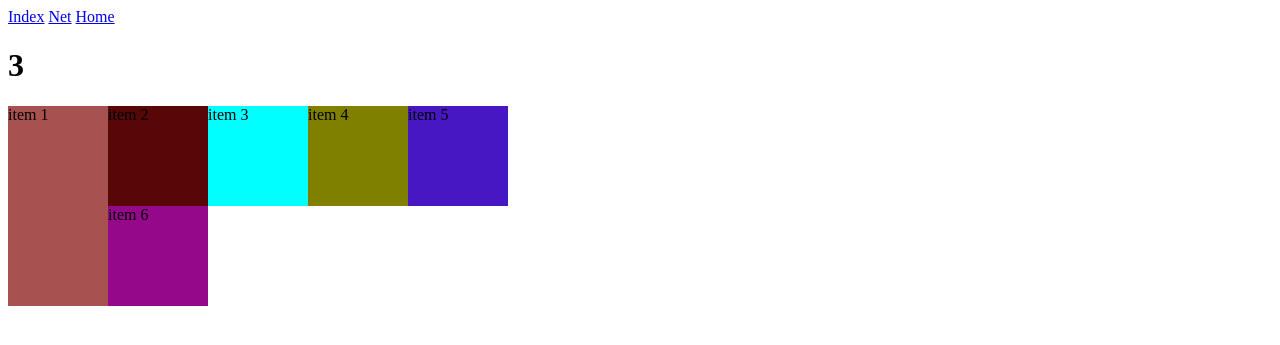
Repository: Nguyen-Toan-2004/du-an-test
Page: product.htm
An editor plug-in stored every save of this project. The page is shown before and after a run of saves, followed by the edit.
The browser window is 1280 px wide. The pictures show the whole page.

Above is the page before, as saved 2025-10-22 19:50:01.

After the next 6 saves:
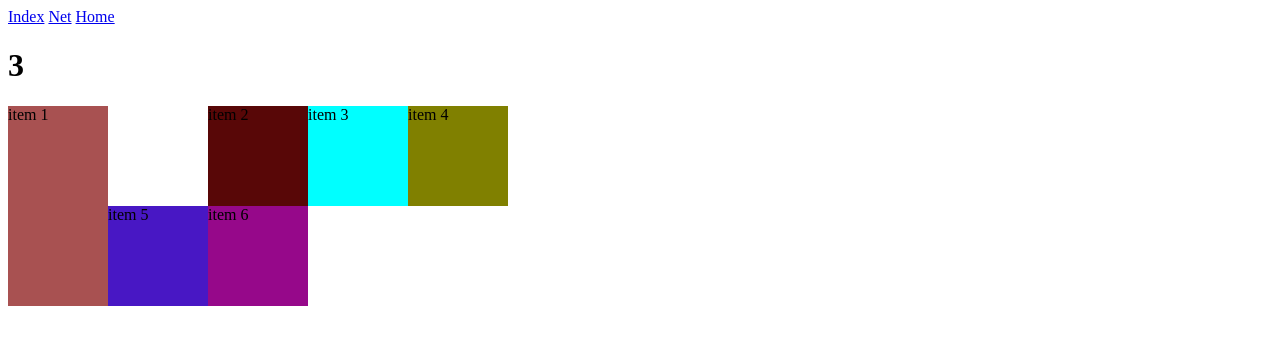
The 6 saves are shown as one change because they came seconds apart.
The last was saved 21 s later.
--- a/product.htm
+++ b/product.htm
@@ -29,7 +29,7 @@
       }
       .box2{
         background: #580707;
-        grid-row-start: 1;
+        grid-column-start: 3;
 
       }
       .box3{
